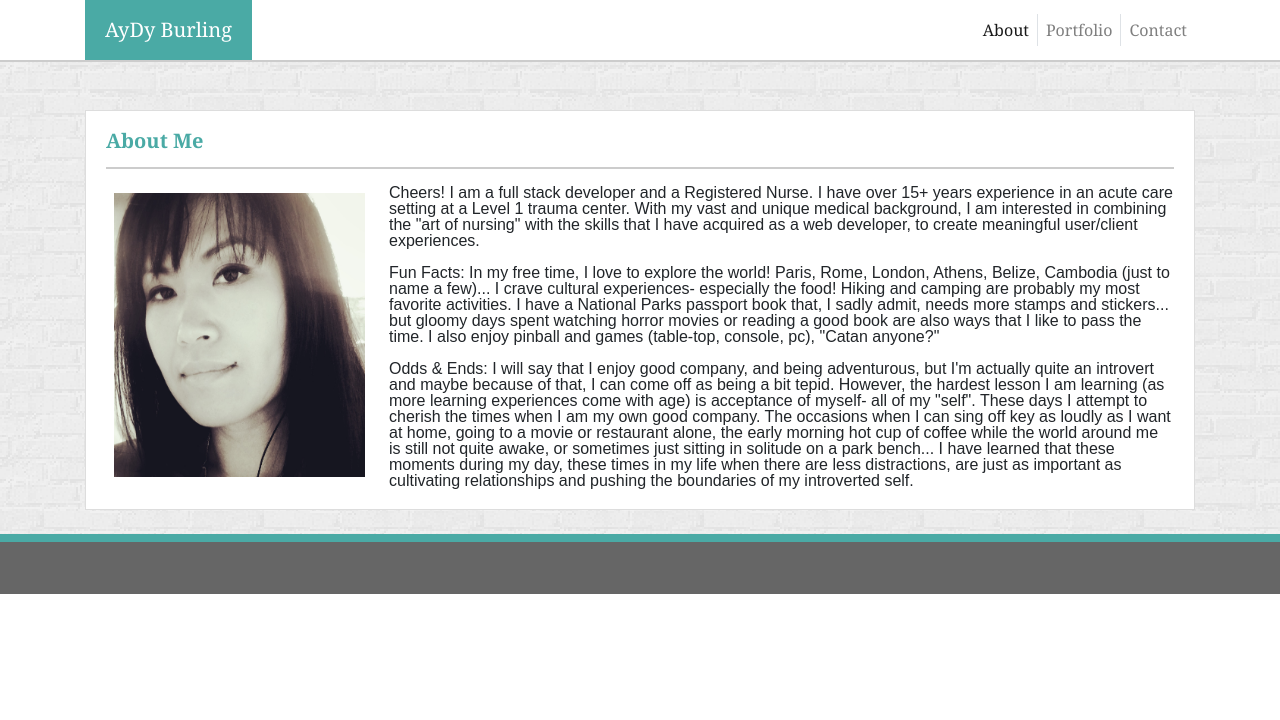
Repository: Dee1985/AyDy-Burling-prework
Page: Module-1_Assessment/index.html
These files come from the project's save history. The page is drawn as it stood at one moment and after the next save; the edit follows.
The browser window is 1280 px wide. The pictures show the whole page.

Above is the page before, as saved 2020-05-22 22:04:25.

After the next save:
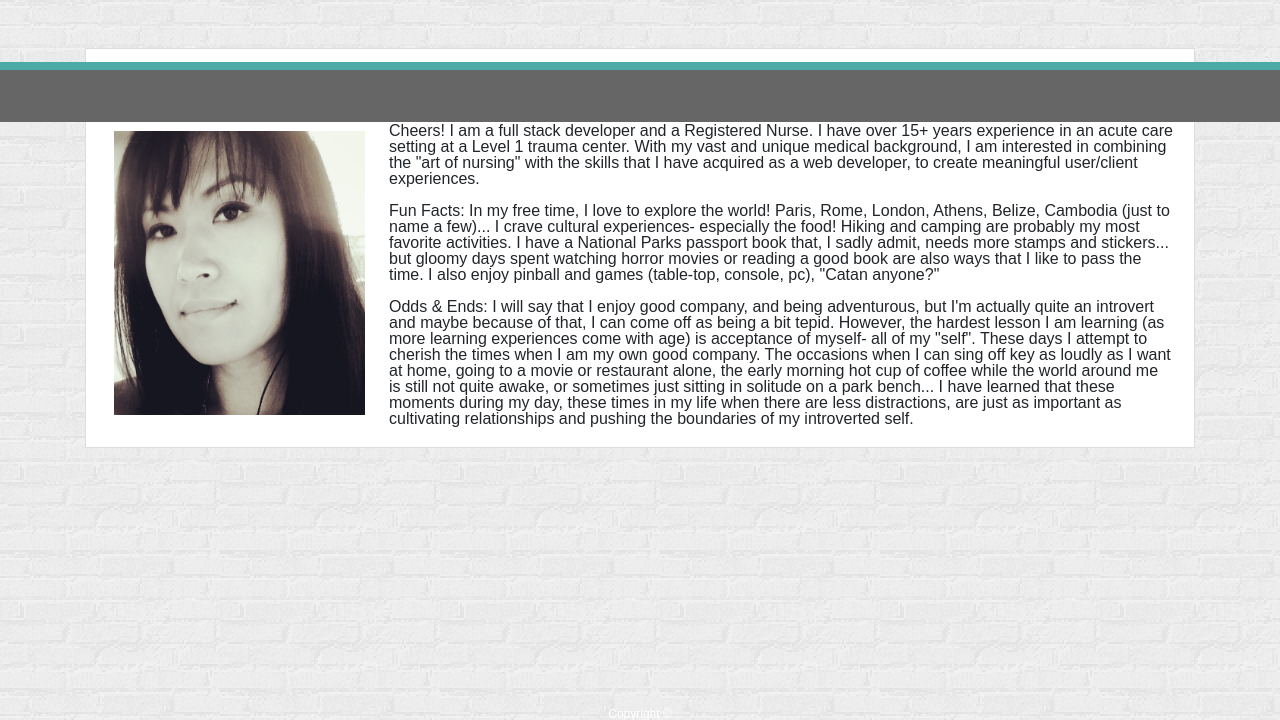
Saved 4 min 7 s later.
--- a/Module-1_Assessment/assets/css/style.css
+++ b/Module-1_Assessment/assets/css/style.css
@@ -6,7 +6,12 @@
 section {
 	/* https://www.toptal.com/designers/subtlepatterns/?s=brick */
 	background-image: url('../img/brickwall_@2X.png');
-	background-position: center;
+	position: fixed;
+	top: 0px;
+	right: 0px;
+	bottom: 0px;
+	left: 0px;
+	overflow: auto;
 }
 
 nav {

After the save that followed:
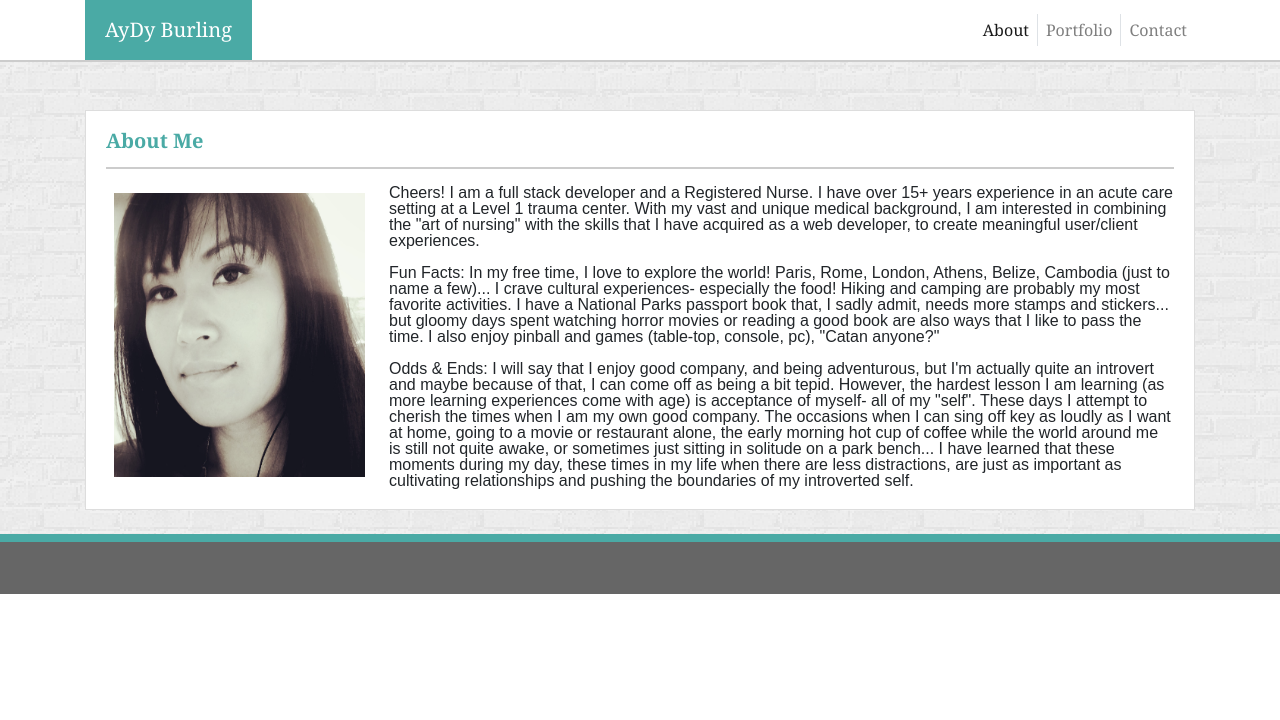
Saved 68 s later.
--- a/Module-1_Assessment/assets/css/style.css
+++ b/Module-1_Assessment/assets/css/style.css
@@ -6,11 +6,7 @@
 section {
 	/* https://www.toptal.com/designers/subtlepatterns/?s=brick */
 	background-image: url('../img/brickwall_@2X.png');
-	position: fixed;
-	top: 0px;
-	right: 0px;
-	bottom: 0px;
-	left: 0px;
+	background-position: center;
 	overflow: auto;
 }
 
